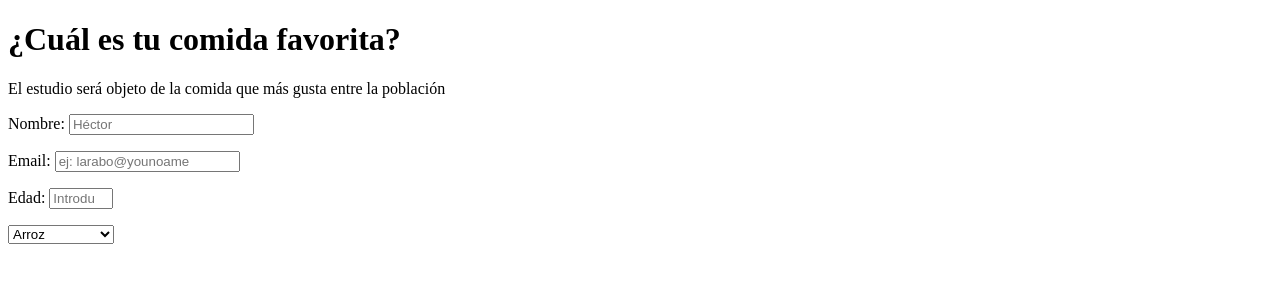
Repository: Fidesone/Form
Page: form/Index.html
These files come from the project's save history. The page is drawn as it stood at one moment and after the next save; the edit follows.
The browser window is 1280 px wide. The pictures show the whole page.

Above is the page before, as saved 2020-09-23 10:23:38.

After the next save:
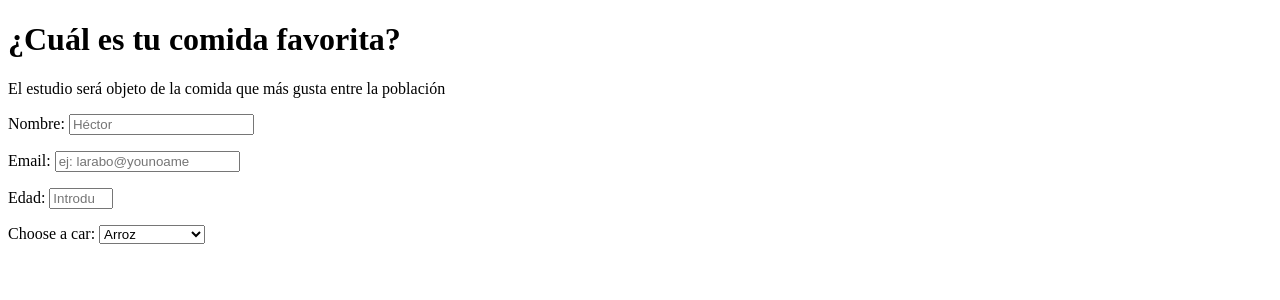
Saved 50 s later.
--- a/form/Index.html
+++ b/form/Index.html
@@ -11,8 +11,9 @@
 	<p id="name">Nombre: <input type="text" placeholder="Héctor" id="name-label"></p>
 	<p id="email">Email: <input type="email" placeholder="ej: larabo@younoame" id="email-label"></p>
 	<p id="number">Edad: <input type="number" placeholder="Introduce tu edad" id="number-label" required pattern=[0-9] min="0" max="100"></p>
+	<label >Choose a car:</label>
 	<select id="dropdown">
-		<h1>Elige tu comida favorita</h1>
+
 		<option value="arroz">Arroz</option>
 		<option value="pasta">Pasta</option>
 		<option value="paella">Paella</option>
